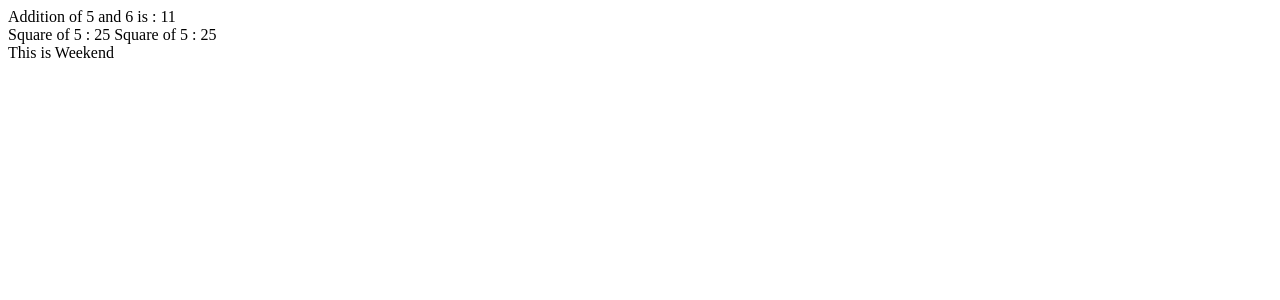
Repository: Shivanishinde8225/User-Managment-System
Page: http://localhost/JspDemo/Demo.jsp
The author's editor kept a copy of each file at every save. The page is drawn from the files as they stood at one save, then again after the next save.
The browser window is 1280 px wide. The pictures show the whole page.
The page is served by Tomcat 9.

Above is the page before, as saved 2023-04-01 05:10:05.

### JspDemo/webapp/Demo.jsp
<%@ page language="java" contentType="text/html; charset=UTF-8"
    pageEncoding="UTF-8"%>
<!DOCTYPE html>
<html>
<head>
<meta charset="UTF-8">
<title>Insert title here</title>
</head>
<body>
	<%!
		int add(int x,int y){
			return x+y;
	    }
		int square(int n){
			return n*n;
		}
	%>
	<%= "Addition of 5 and 6 is : "+add(5, 6) %><br>
	<%= "Square of 5 : "+square(5) %>

	<%out.print("Square of 5 : "+square(5) );%><br>
	<%-- This is comments --%>

	<%! int day = 6; %>
	<%if(day == 6 || day == 7){
		out.print("This is Weekend");
	}
	else{
		out.print("This is not Weekend");
	}%>
</body>
</html>

After the next save:
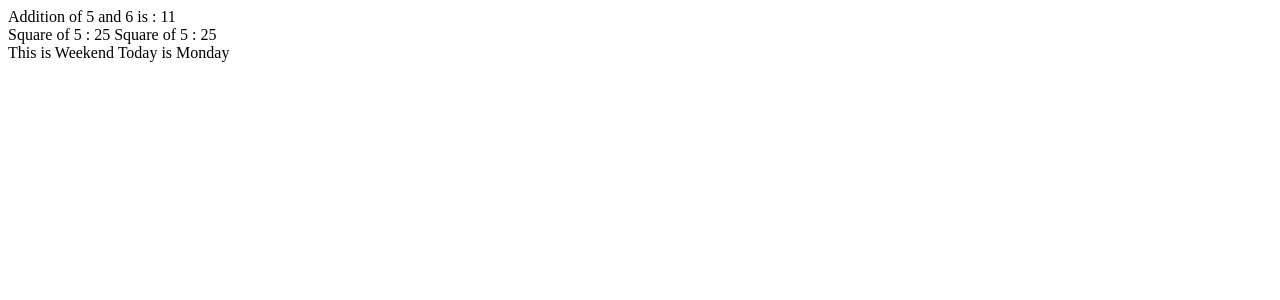
Saved 14 min 9 s later.
--- a/JspDemo/webapp/Demo.jsp
+++ b/JspDemo/webapp/Demo.jsp
@@ -28,5 +28,32 @@
 	else{
 		out.print("This is not Weekend");
 	}%>
+
+	<%!String days = "mon" ; %>
+	<%switch(days){
+	case "mon":
+		out.print("Today is Monday");
+		break;
+	case "tue":
+		out.print("Today is Tusday");
+		break;
+	case "wed":
+		out.print("Today is Wednesday");
+		break;
+	case "thu":
+		out.print("Today is Thrusday");
+		break;
+	case "fri":
+		out.print("Today is Friday");
+		break;
+	case "sat":
+		out.print("Today is Saturday");
+		break;
+	case "sun":
+		out.print("Today is Sunday");
+		break;
+	default:
+		out.print("invalid input");
+	} %>
 </body>
 </html>
